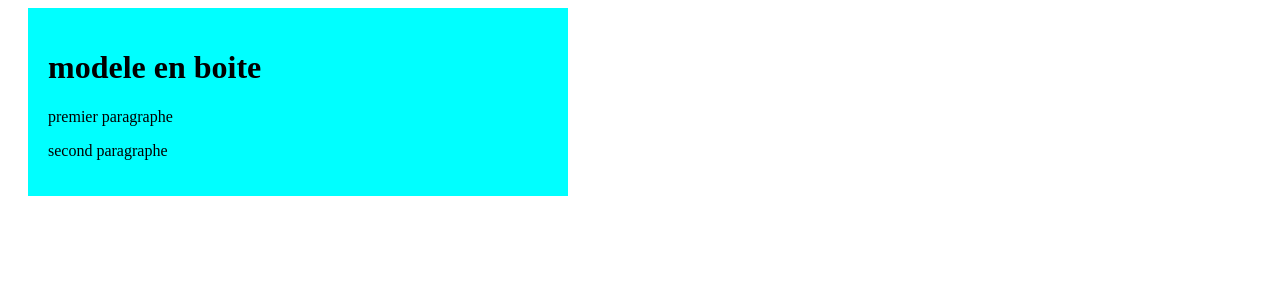
Repository: Poulpyto/fitec
Page: workspaceHtmlFlo/PremierTp_htmlCss/WebContent/ModelenBoite.html
The author's editor kept a copy of each file at every save. The page is drawn from the files as they stood at one save, then again after the next save.
The browser window is 1280 px wide. The pictures show the whole page.

Above is the page before, as saved 2017-04-04 08:03:05.

### workspaceHtmlFlo/PremierTp_htmlCss/WebContent/ModelenBoite.html
<!DOCTYPE html>
<html>
<head>
<meta charset="UTF-8">
	<title>Modele en boite</title>
	<link rel="stylesheet" href="css/style5.css" />
</head>
<body>
	<div>
		<h1> modele en boite</h1>
		<p>premier paragraphe</p>
		<p>second paragraphe </p>
	</div>
</body>
</html>

### workspaceHtmlFlo/PremierTp_htmlCss/WebContent/css/style5.css
@CHARSET "UTF-8";

div {
	background-color: cyan;
	width:500px;
	padding: 20px;
	margin-left: 20px;
	border-color: red;

}

After the next save:
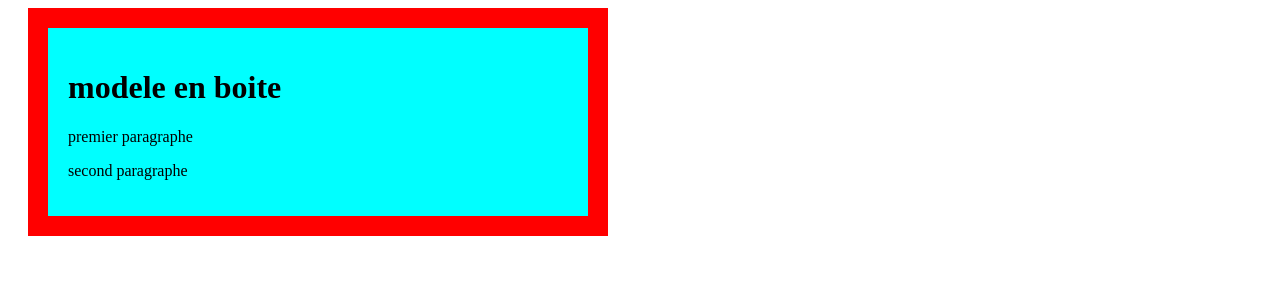
Saved 23 s later.
--- a/workspaceHtmlFlo/PremierTp_htmlCss/WebContent/css/style5.css
+++ b/workspaceHtmlFlo/PremierTp_htmlCss/WebContent/css/style5.css
@@ -5,6 +5,6 @@ div {
 	width:500px;
 	padding: 20px;
 	margin-left: 20px;
-	border-color: red;
+	border:20px, solid, red;
 
 }
